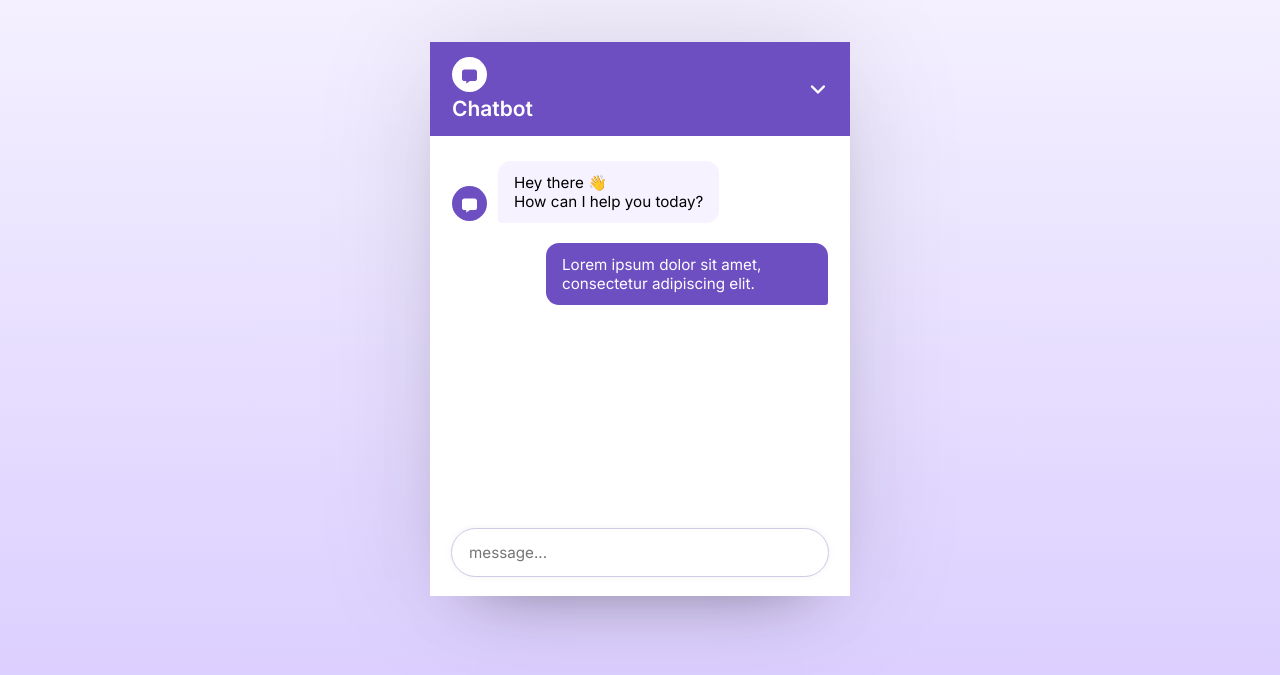
Repository: gogg23/chatbot
Page: / (app in chatbot/)
These files come from the project's save history. The page is drawn as it stood at one moment and after the next save; the edit follows.
The browser window is 1280 px wide. The pictures show the whole page.
The project was rebuilt for these pictures with package versions that can differ from the ones it lists, and the page was loaded fresh each time. Also part of the build but not shown: chatbot/vite.config.js.

Above is the page before, as saved 2025-01-21 17:33:53.

### chatbot/index.html
<!DOCTYPE html>
<html lang="en">
  <head>
    <meta charset="UTF-8" />
    <link rel="icon" type="image/svg+xml" href="/vite.svg" />
    <meta name="viewport" content="width=device-width, initial-scale=1.0" />
    <title>Chatbot in ReactJS</title>
    <!--Linking google Fonts for Icons-->
    <link
      href="https://fonts.googleapis.com/css2?family=Material+Symbols+Rounded"
      rel="stylesheet"
    />
  </head>
  <body>
    <div id="root"></div>
    <script type="module" src="/src/main.jsx"></script>
  </body>
</html>

### chatbot/src/index.css
/*Importing Google Fonts - Inter*/
@import url('https://fonts.googleapis.com/css2?family=Inter:ital,opsz,wght@0,14..32,100..900;1,14..32,100..900&display=swap');

* {
  margin: 0;
  padding: 0;
  box-sizing: border-box;
  font-family: 'Inter', sans-serif;
}

body {
  width: 100%;
  display: flex;
  align-items: center;
  justify-content: center;
  min-height: 100vh;
  background: linear-gradient(#f4f0ff, #dacdff);
}

.chatbot-popup {
  position: relative;
  width: 420px;
  background: #fff;
  border-radius: 15px;
  box-shadow: 0 0 128px 0 rgba(0, 0, 0, 0.1),
    0 32px 64px -48px rgba(0, 0, 0, 0.5);
}

.chatbot-popup .chat-header {
  display: flex;
  padding: 15px 22px;
  align-items: center;
  justify-content: space-between;
  background: #6d4fc2;
}

.chatbot-header .header-info {
  display: flex;
  gap: 10px;
  align-items: center;
}

.header-info svg {
  height: 35px;
  width: 35px;
  padding: 6px;
  flex-shrink: 0;
  fill: #6d4fc2;
  background: #fff;
  border-radius: 50%;
}

.header-info .logo-text {
  color: #fff;
  font-size: 1.31rem;
  font-weight: 600;
}

.chat-header button {
  height: 40px;
  width: 40px;
  border: none;
  outline: none;
  color: #fff;
  cursor: pointer;
  font-size: 1.9rem;
  padding-top: 2px;
  border-radius: 50%;
  margin-right: -10px;
  background: none;
  transition: 0.2s ease;
}
.chat-header button:hover {
  background: #593bab;
}
.chat-body {
  display: flex;
  flex-direction: column;
  gap: 20px;
  padding: 25px 22px;
  height: 460px;
  margin-bottom: 82px;
  overflow-y: auto;
  padding: 25px 22px;
}

.chat-body .message {
  display: flex;
  gap: 11px;
  align-items: center;
}

.chat-body .bot-message svg {
  height: 35px;
  width: 35px;
  padding: 6px;
  flex-shrink: 0;
  fill: #fff;
  align-self: flex-end;
  margin-bottom: 2px;
  background: #6d4fc2;
  border-radius: 50%;
}

.chat-body .message .message-text {
  padding: 12px 16px;
  max-width: 75%;
  background: #6d4fc2;
  word-wrap: break-word;
  white-space: pre-line;
  font-size: 0.95rem;
}

.chat-body .bot-message .message-text {
  background: #f6f2ff;
  border-radius: 13px 13px 13px 3px;
}

.chat-body .user-message {
  flex-direction: column;
  align-items: flex-end;
}

.chat-body .user-message .message-text {
  color: #fff;
  background: #6d4fc2;
  border-radius: 13px 13px 3px 13px;
}

.chat-footer {
  position: absolute;
  bottom: 0;
  width: 100%;
  background: #fff;
  padding: 15px 22px 20px;
}

.chat-footer .chat-form {
  display: flex;
  align-items: center;
  background: #fff;
  border-radius: 32px;
  outline: 1px solid #cccce5;
  box-shadow: 0 0 8px rgba(0, 0, 0, 0.06);
}

.chat-footer .chat-form:focus-within {
  outline: 2px solid #6d4fc2;
}

.chat-form .message-input {
  border: none;
  outline: none;
  width: 100%;
  background: none;
  height: 47px;
  padding: 0 17px;
  font-size: 0.95rem;
}

.chat-form button {
  height: 35px;
  width: 35px;
  border: none;
  display: none;
  outline: none;
  cursor: pointer;
  font-size: 1.15rem;
  color: #fff;
  flex-shrink: 0;
  margin-right: 6px;
  border-radius: 50%; /* Ensures round edges */
  background: #6d4fc2;
  transition: 0.2s ease;
}
.chat-form button:hover {
  background: #593bab;
}

.chat-form .message-input:valid ~ button {
  display: block;
}

### chatbot/src/App.jsx
import ChatbotIcon from './components/ChatbotIcon';

const App = () => {
  return (
    <div className='container'>
      <div className='chatbot-popup'>
        {/*Chatbot Header*/}
        <div className='chat-header'>
          <div className='header-info'>
            <ChatbotIcon />
            <h2 className='logo-text'>Chatbot</h2>
          </div>
          <button className='material-symbols-rounded'>
            keyboard_arrow_down
          </button>
        </div>
        {/*Chatbot Body*/}
        <div className='chat-body'>
          <div className='message bot-message'>
            <ChatbotIcon />
            <p className='message-text'>
              Hey there 👋
              <br />
              How can I help you today?
            </p>
          </div>
          <div className='message user-message'>
            <p className='message-text'>
              Lorem ipsum dolor sit amet, consectetur adipiscing elit.
            </p>
          </div>
        </div>
        {/*Chatbot Footer*/}
        <div className='chat-footer'>
          <form action='#' className='chat-form'>
            <input
              type='text'
              placeholder='message...'
              className='message-input'
              required
            />
            <button className='material-symbols-rounded'>arrow_upward</button>
          </form>
        </div>
      </div>
    </div>
  );
};

export default App;

### chatbot/src/components/ChatbotIcon.jsx
const ChatbotIcon = () => {
  return (
    <svg
      xmlns='http://www.w3.org/2000/svg'
      width='50'
      height='50'
      viewBox='0 0 1024 1024'
    >
      <path
        d='M738.3 287.6H285.7c-59 0-106.8
      47.8-106.8 106.8v303.1c0 59 47.8 106.8 106.8 106.8h81.5v111.1c0
      .7.8 1.1 1.4.7l166.9-110.6 41.8-.8h117.4l43.6-.4c59
      0 106.8-47.8 106.8-106.8V394.5c0-59-47.8-106.9-106.8-106.9zM351
      .7 448.2c0-29.5 23.9-53.5 53.5-53.5s53.5 23.9 53.5 53.5-23.9
      53.5-53.5 53.5-53.5-23.9-53.5-53.5zm157.9 267.1c-67.8 0-123.8-47
      .5-132.3-109h264.6c-8.6 61.5-64.5 109-132.3 109zm110-213.7c-29.5
      0-53.5-23.9-53.5-53.5s23.9-53.5 53.5-53.5 53.5 23.9 53.5 53.5-23.9
      53.5-53.5 53.5zM867.2 644.5V453.1h26.5c19.4 0 35.1 15.7 35.1 35.1v121.1c0
      19.4-15.7 35.1-35.1 35.1h-26.5zM95.2 609.4V488.2c0-19.4 15.7-35.1
      35.1-35.1h26.5v191.3h-26.5c-19.4 0-35.1-15.7-35.1-35.1zM561.5 149.6c0 23.4-15.6
      43.3-36.9 49.7v44.9h-30v-44.9c-21.4-6.5-36.9-26.3-36.9-49.7 0-28.6 23.3-51.9 51.9-51.9s51.9
      23.3 51.9 51.9z'
      />
    </svg>
  );
};

export default ChatbotIcon;

Loaded but not shown: chatbot/src/main.jsx (common file)

After the next save:
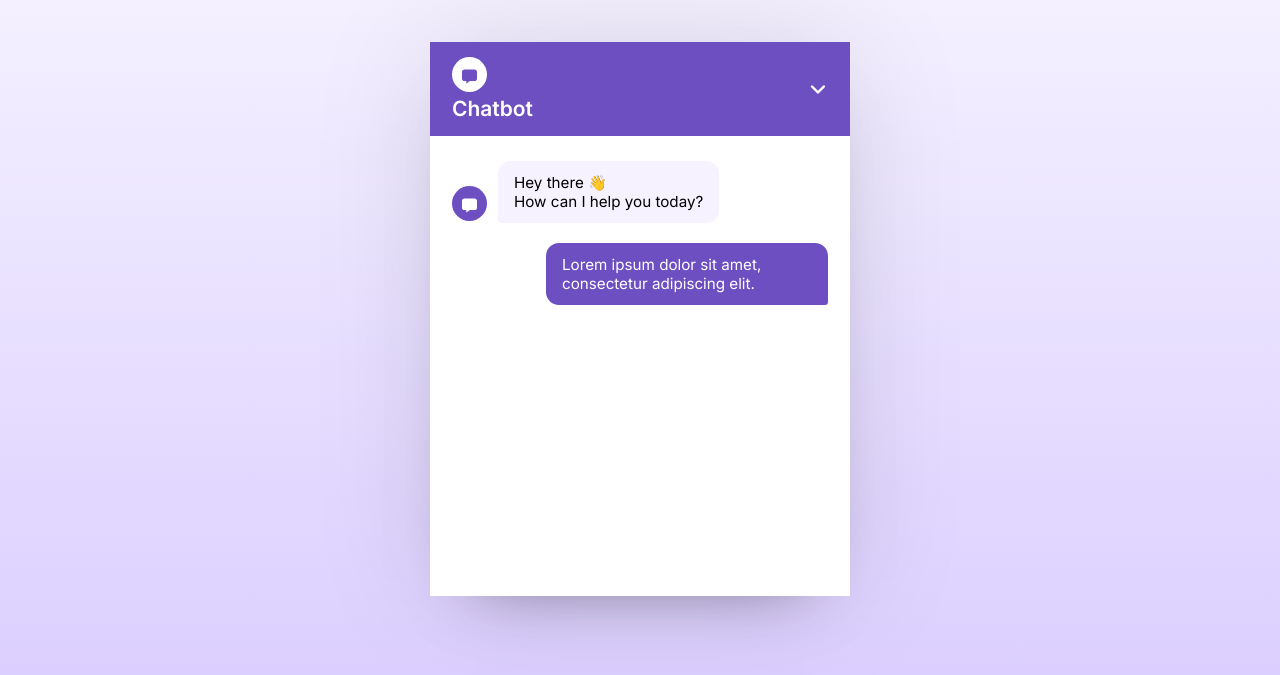
Saved 2 min 23 s later.
--- a/chatbot/src/App.jsx
+++ b/chatbot/src/App.jsx
@@ -31,17 +31,7 @@ const App = () => {
           </div>
         </div>
         {/*Chatbot Footer*/}
-        <div className='chat-footer'>
-          <form action='#' className='chat-form'>
-            <input
-              type='text'
-              placeholder='message...'
-              className='message-input'
-              required
-            />
-            <button className='material-symbols-rounded'>arrow_upward</button>
-          </form>
-        </div>
+        <div className='chat-footer'></div>
       </div>
     </div>
   );
